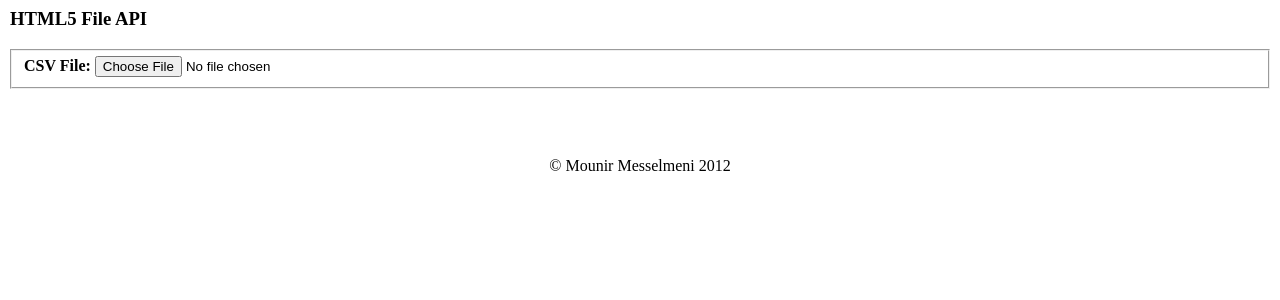
Repository: shutterfly2011/apache
Page: JavaScriptTest/jQueryTest.html
These files come from the project's save history. The page is drawn as it stood at one moment and after the next save; the edit follows.
The browser window is 1280 px wide. The pictures show the whole page.

Above is the page before, as saved 2015-09-17 02:15:27.

After the next save:
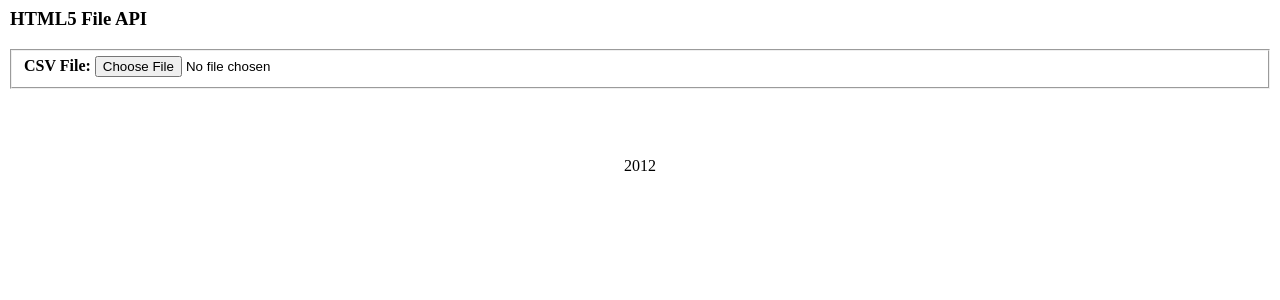
Saved 3 s later.
--- a/JavaScriptTest/jQueryTest.html
+++ b/JavaScriptTest/jQueryTest.html
@@ -26,7 +26,7 @@
   <br>
   <footer>
     <center>
-      <p>&copy; Mounir Messelmeni 2012</p>
+      <p>2012</p>
     </center>
   </footer>
 
